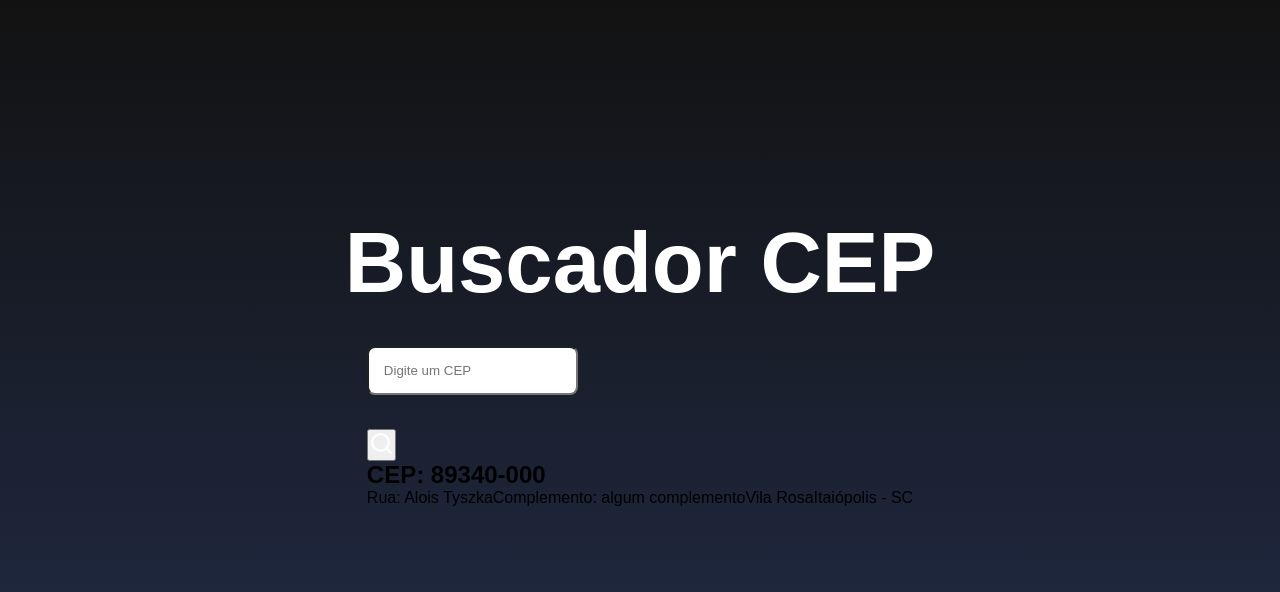
Repository: WelyntonRenan/buscador-cep
Page: / (app in buscador/)
These files come from the project's save history. The page is drawn as it stood at one moment and after the next save; the edit follows.
The browser window is 1280 px wide. The pictures show the whole page.
The project was rebuilt for these pictures with package versions that can differ from the ones it lists, and the page was loaded fresh each time.

Above is the page before, as saved 2022-11-13 23:44:32.

After the next save:
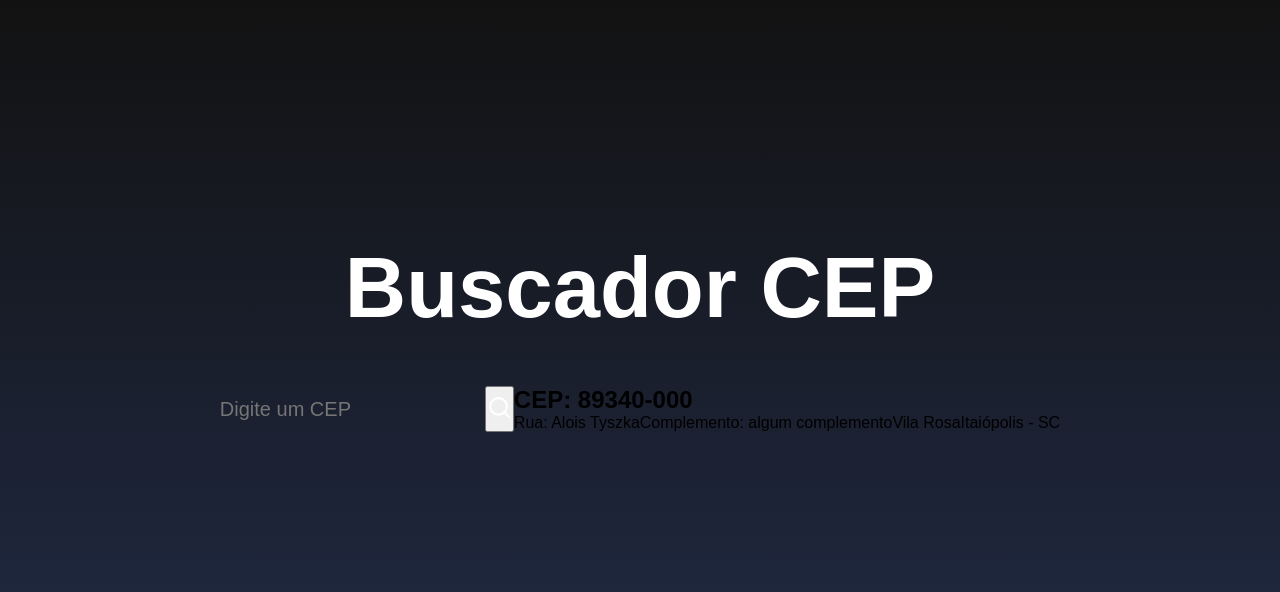
Saved 65 s later.
--- a/buscador/src/styles.css
+++ b/buscador/src/styles.css
@@ -23,7 +23,7 @@
   }
 }
 
-.containerInput input {
+.containerInput {
   background-color: rgba(255, 255, 255, 255, 0.2);
   padding: 15px;
   margin: 34px 0;
@@ -31,3 +31,10 @@
   border-radius: 8px;
   box-shadow: 1px, 3px, 8px rgba(0, 0, 0, 0.5);
 }
+
+.containerInput input {
+  background-color: transparent;
+  border: 0;
+  font-size: 20px;
+  color: #FFF;
+}
